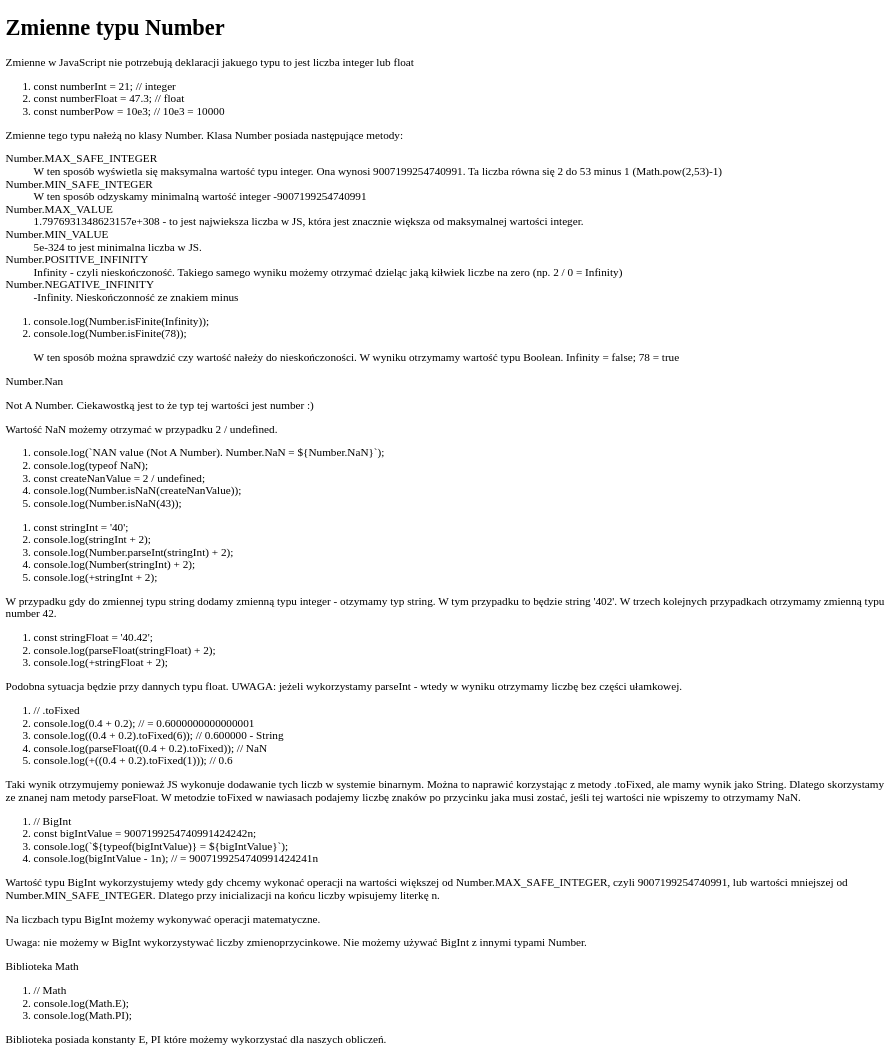
Repository: romanstetsiuk1/JS_learn
Page: number.html
An editor plug-in stored every save of this project. The page is shown before and after the next save, followed by the edit.
The browser window is 1280 px wide. The pictures show the whole page, at 70% of full size.

Above is the page before, as saved 2020-08-15 14:25:36.

After the next save:
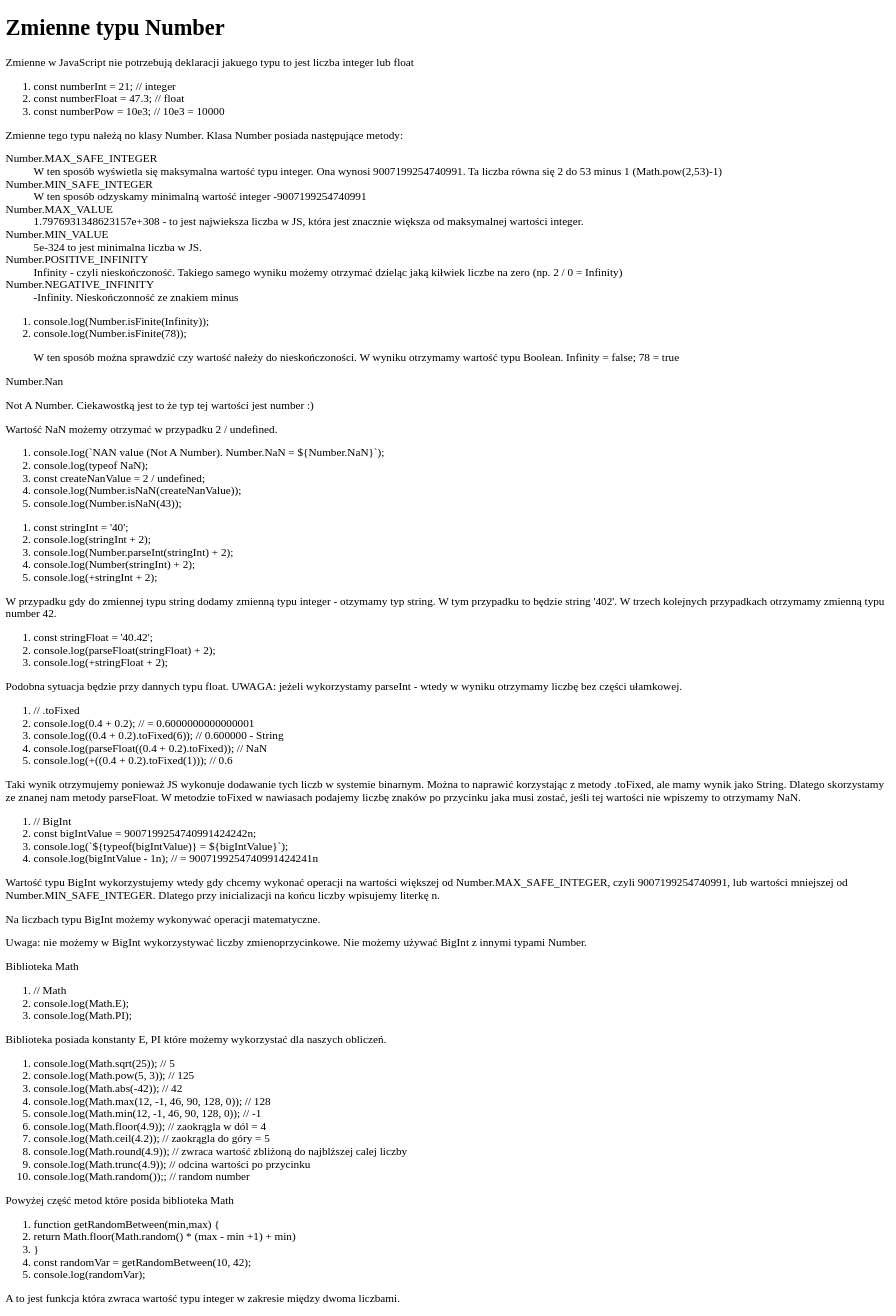
Saved 10 min 54 s later.
--- a/number.html
+++ b/number.html
@@ -151,8 +151,30 @@
       <p>Biblioteka posiada konstanty E, PI które możemy wykorzystać dla naszych obliczeń.</p>
 
       <div class="vsCode">
-
+        <ol>
+          <li>console.log(Math.sqrt(25));   // 5</li>
+          <li>console.log(Math.pow(5, 3));  // 125</li>
+          <li>console.log(Math.abs(-42));   // 42</li>
+          <li>console.log(Math.max(12, -1, 46, 90, 128, 0));    // 128</li>
+          <li>console.log(Math.min(12, -1, 46, 90, 128, 0));    // -1</li>
+          <li>console.log(Math.floor(4.9));   // zaokrągla w dól = 4</li>
+          <li>console.log(Math.ceil(4.2));    // zaokrągla do góry = 5</li>
+          <li>console.log(Math.round(4.9));   // zwraca wartość zbliżoną do najblższej calej liczby</li>
+          <li>console.log(Math.trunc(4.9));   // odcina wartości po przycinku</li>
+          <li>console.log(Math.random());;    // random number</li>
+        </ol>
       </div>
+      <p>Powyżej część metod które posida biblioteka Math</p>
+      <div class="vsCode">
+        <ol>
+          <li>function getRandomBetween(min,max) {</li>
+          <li>  return Math.floor(Math.random() * (max - min +1) + min)</li>
+          <li>}</li>
+          <li>const randomVar = getRandomBetween(10, 42);</li>
+          <li>console.log(randomVar);</li>
+        </ol>
+      </div>
+      <p>A to jest funkcja która zwraca wartość typu integer w zakresie między dwoma liczbami.</p>
     </article>
 
 
